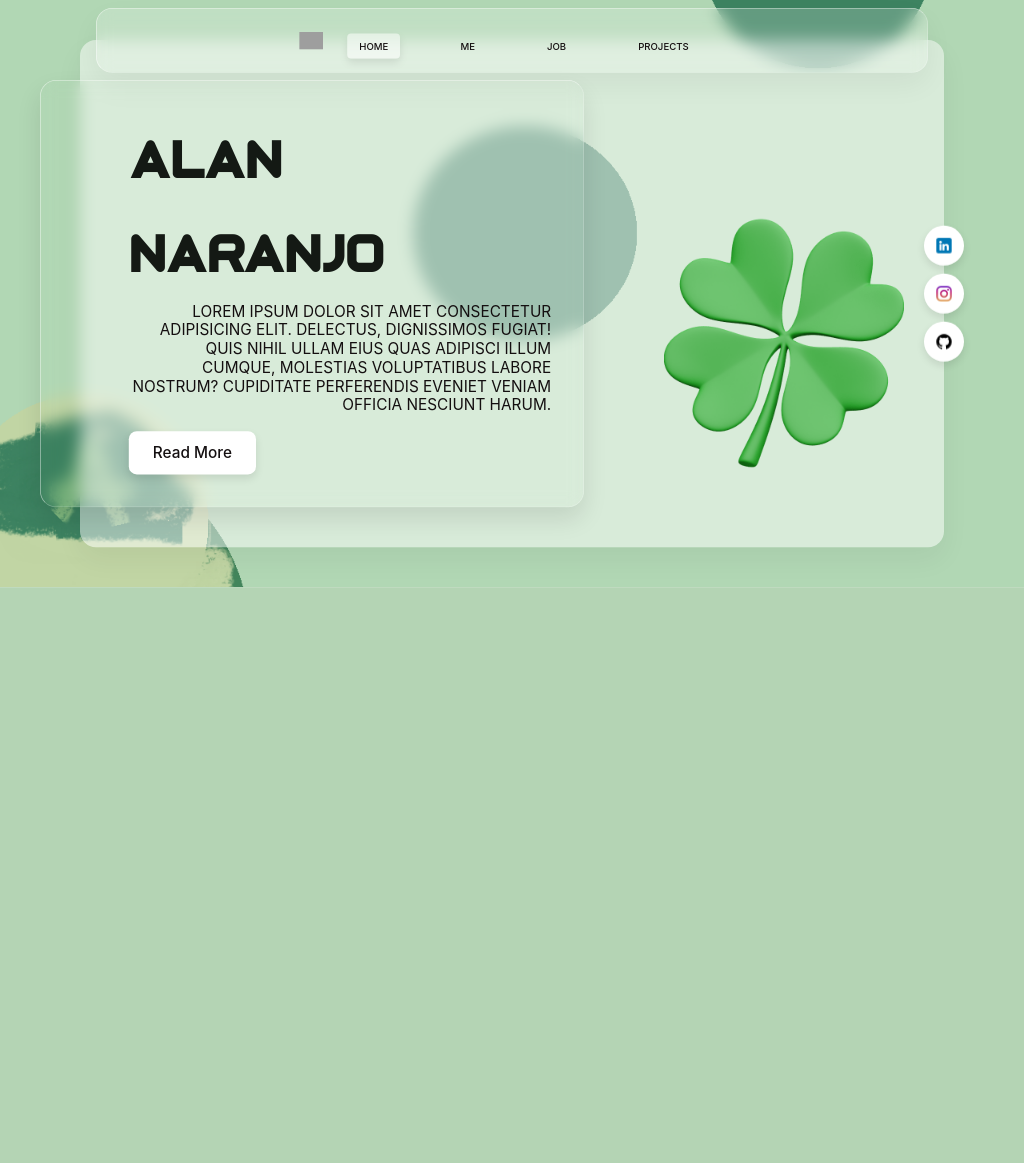
Repository: L-A-M-J-O/Me-sitio-Web
Page: / (app in my-project/)
The author's editor kept a copy of each file at every save. The page is drawn from the files as they stood at one save, then again after the next save.
The browser window is 1280 px wide. The pictures show the whole page, at 80% of full size.
Pictures or frames that could not be fetched are drawn as grey boxes. Backgrounds fixed to the window are drawn as part of the page. The project was rebuilt for these pictures with package versions that can differ from the ones it lists, and the page was loaded fresh each time.

Above is the page before, as saved 2022-09-19 16:52:35.

After the next save:
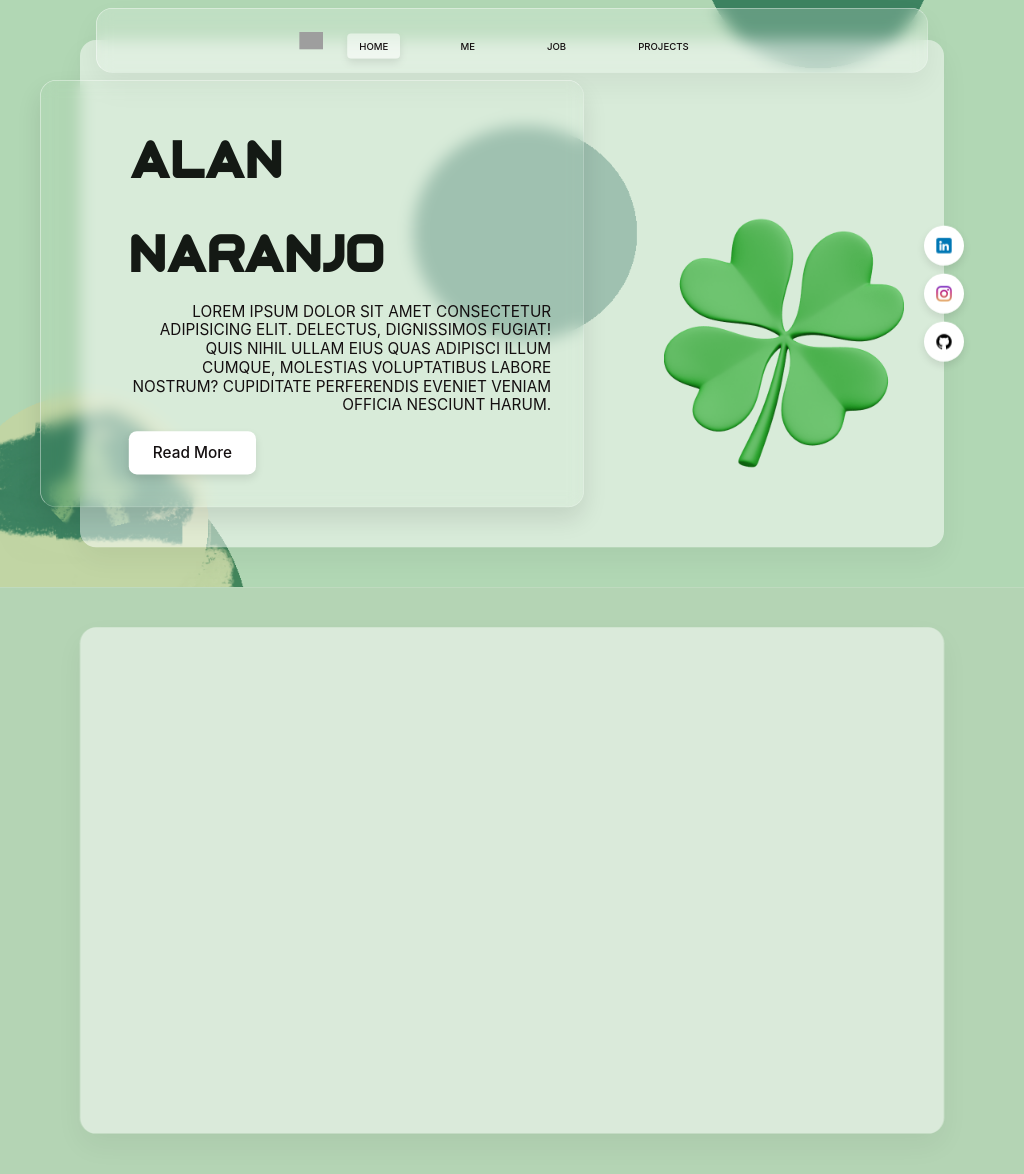
Saved 5 s later.
--- a/my-project/src/components/Me/Me.css
+++ b/my-project/src/components/Me/Me.css
@@ -9,7 +9,6 @@
     padding: 50px;
 }
 .container-m-me {
-    .container-m{
         position: relative;
         width: calc(100% - 100px);
         height: 88vh;
@@ -20,5 +19,4 @@
         justify-content: space-between;
         align-items: center;
         padding: 50px;
-    }
 }

After the save that followed:
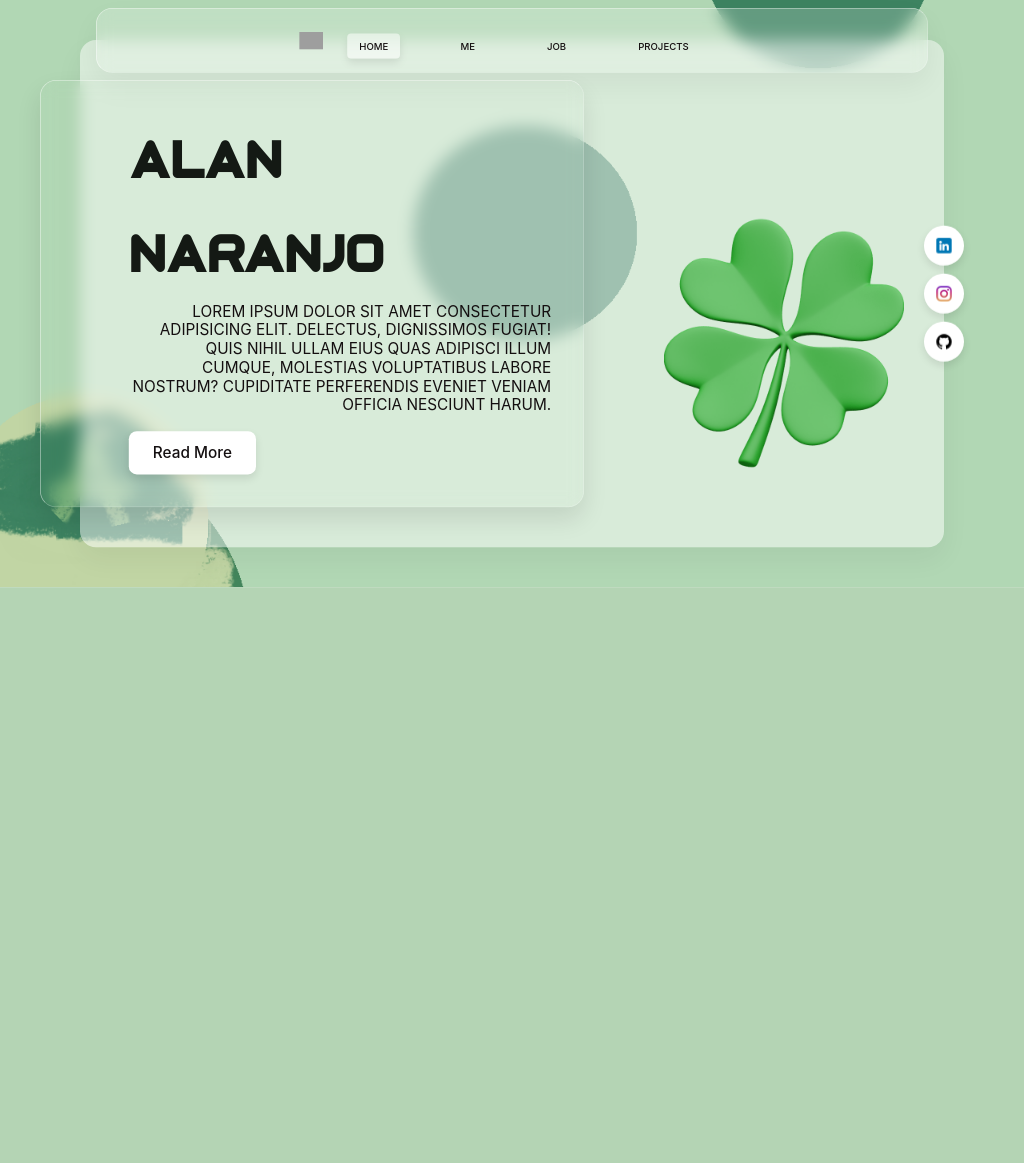
Saved 12 s later.
--- a/my-project/src/components/Me/Me.css
+++ b/my-project/src/components/Me/Me.css
@@ -9,14 +9,5 @@
     padding: 50px;
 }
 .container-m-me {
-        position: relative;
-        width: calc(100% - 100px);
-        height: 88vh;
-        background-color: rgba(255, 255, 255, 0.5);
-        box-shadow:  0 15px 35px rgba(0, 0, 0, 0.05);
-        border-radius: 20px;
-        display: flex;
-        justify-content: space-between;
-        align-items: center;
-        padding: 50px;
+
 }
